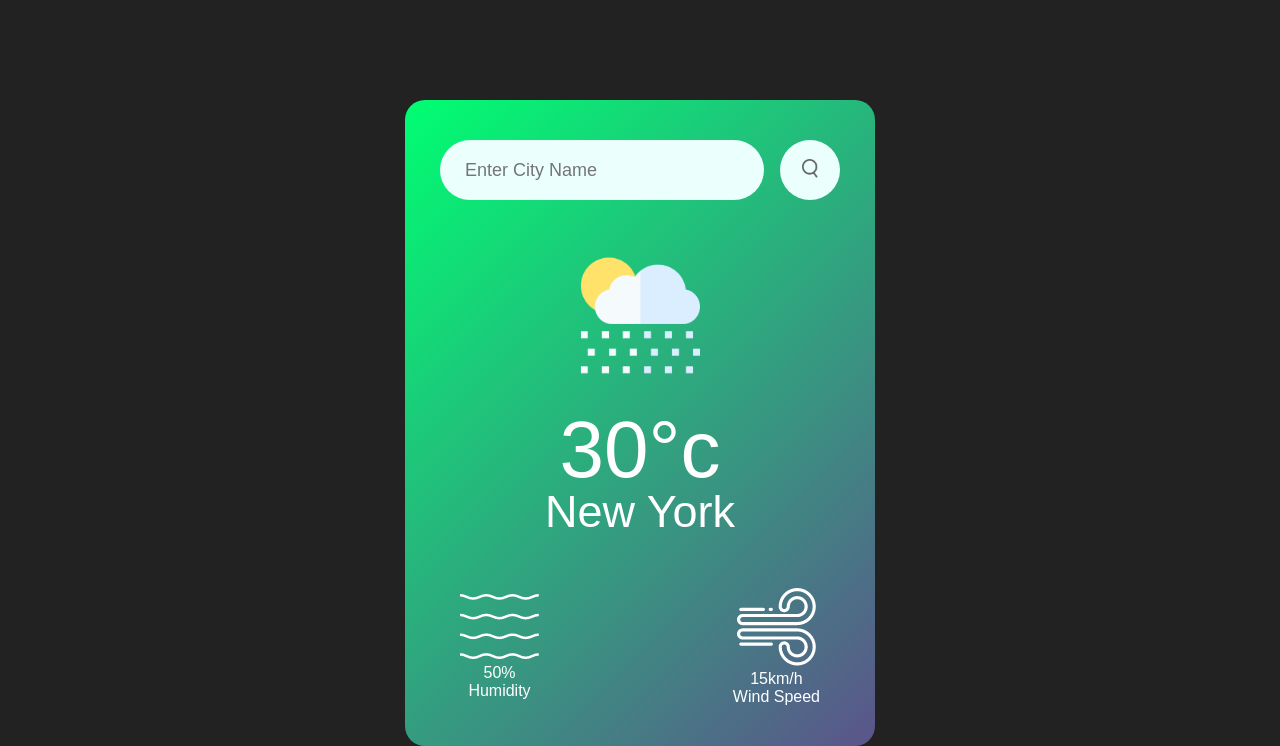
Repository: dubeprince/WeatherApp-Project
Page: WeatherApp/index.html
The author's editor kept a copy of each file at every save. The page is drawn from the files as they stood at one save, then again after the next save.
The browser window is 1280 px wide. The pictures show the whole page.

Above is the page before, as saved 2023-05-26 11:23:05.

After the next save:
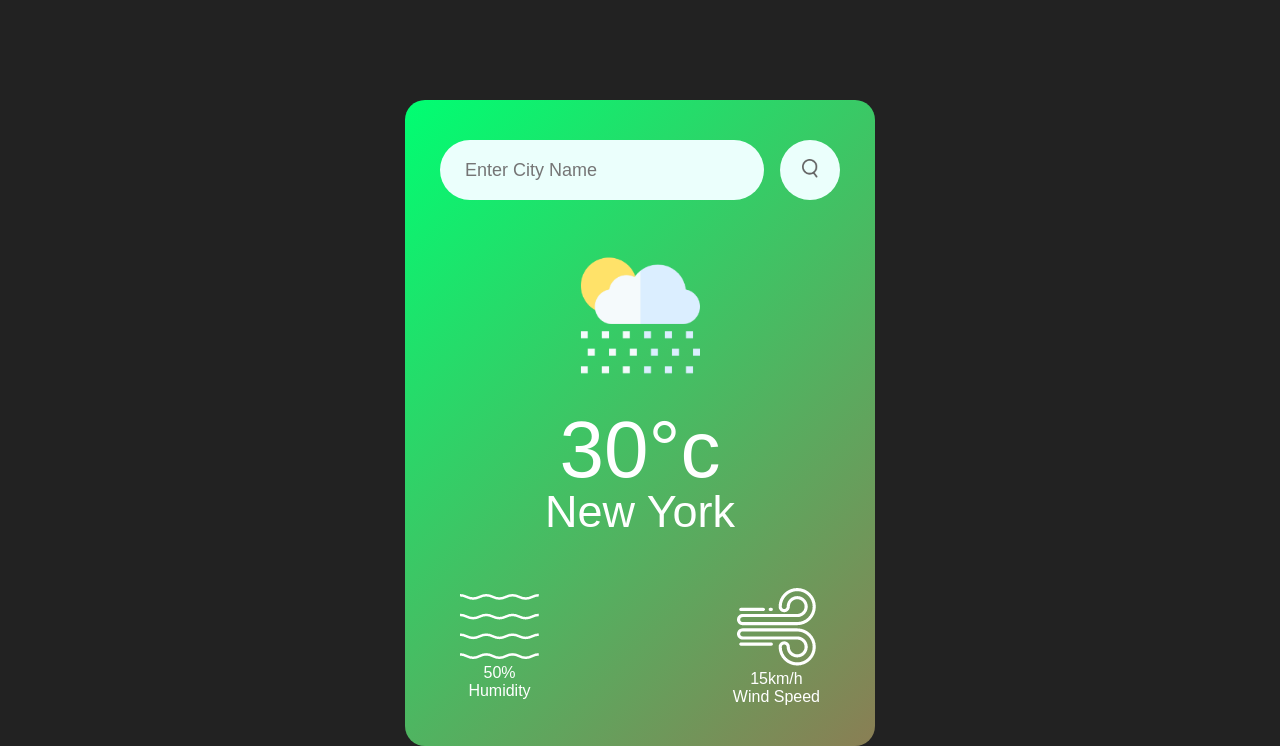
Saved 26 s later.
--- a/WeatherApp/style.css
+++ b/WeatherApp/style.css
@@ -11,7 +11,7 @@ body{
 .card{
     width: 90%;
     max-width: 470px;
-    background: linear-gradient(135deg, #00fe72, #5b548a);
+    background: linear-gradient(135deg, #00fe72, #8a7e54);
     color: #fff; /* white */
     margin: 100px auto 0;
     border-radius: 20px;
